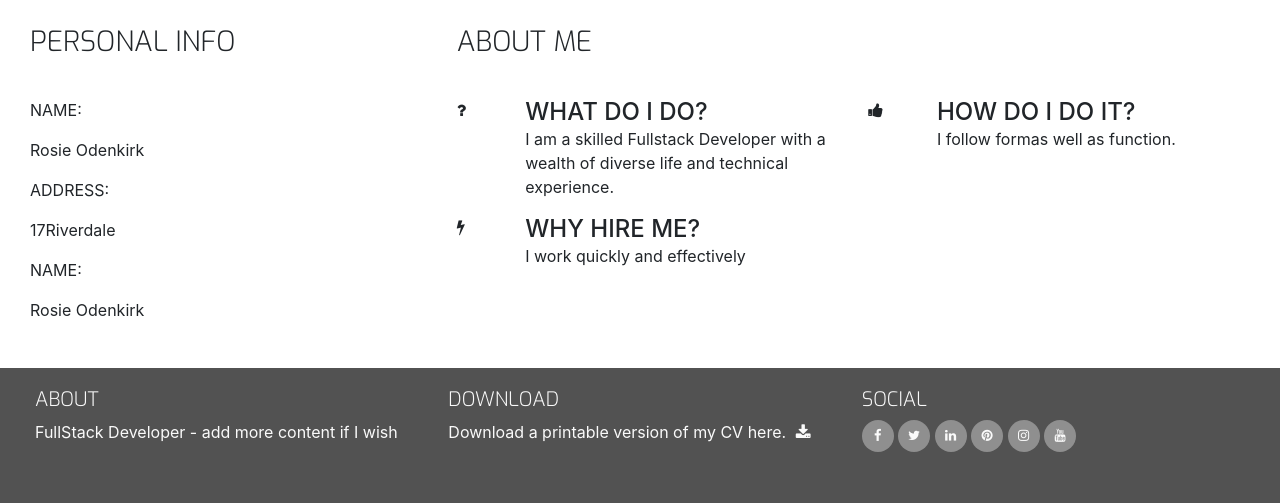
Repository: JustWhiteGit/Rosies-Resume
Page: index.html
The author's editor kept a record of every edit. The page is drawn from the files as they stood at one moment, then again after the next edit.
The browser window is 1280 px wide. The pictures show the part of the page from y = 369 to 872 px (the page is 872 px tall).

Above is the page before.

After the next edit:
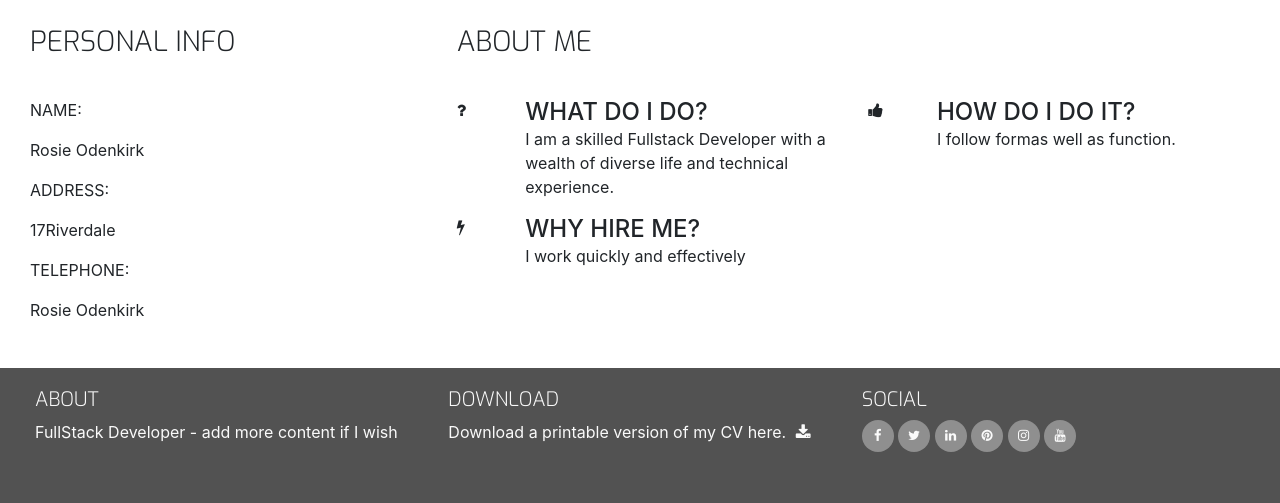
The edit:
--- a/index.html
+++ b/index.html
@@ -84,7 +84,7 @@
                 <div class="personal-info-item">
                     <div class="key">
                         <p class="uppercase">
-                            Name:
+                            Telephone:
                         </p>
                     </div>
                     <div class="value">
